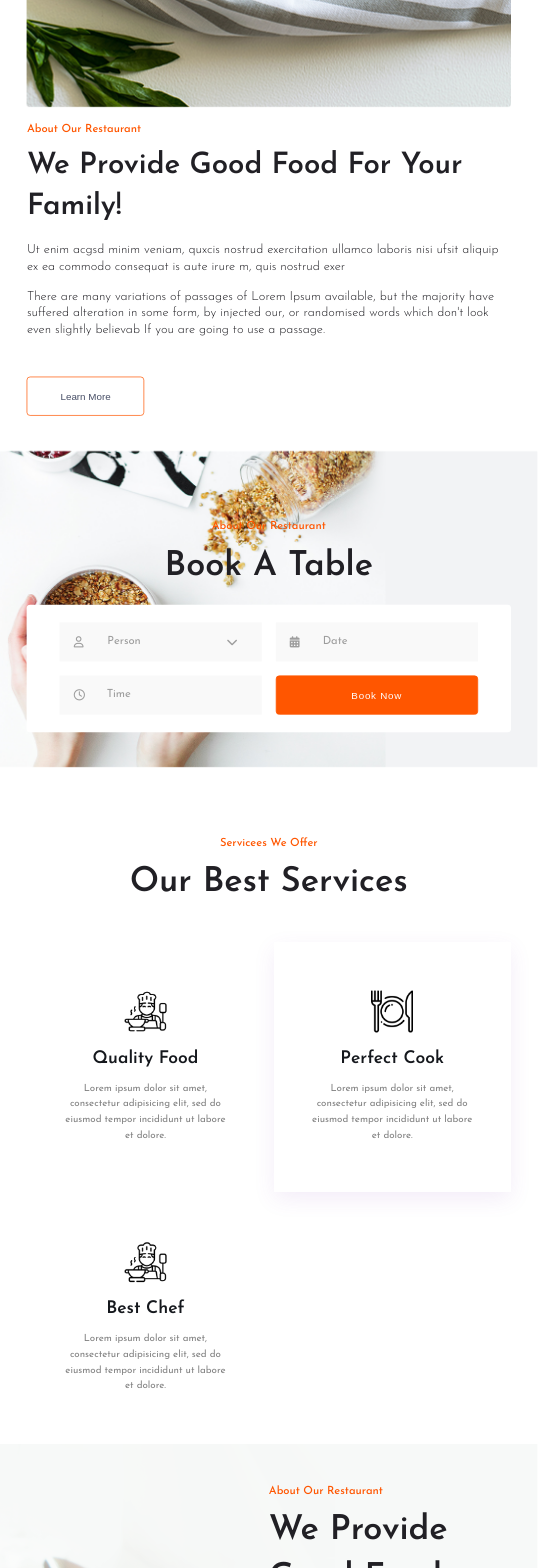
Repository: Ebtehal18/food
Page: index.html
The author's editor kept a copy of each file at every save. The page is drawn from the files as they stood at one save, then again after the next save.
The browser window is 768 px wide. The pictures show the part of the page from y = 4260 to 6500 px (the page is 10000 px tall), at 70% of full size.

Above is the page before, as saved 2024-01-19 18:50:37.

After the next save:
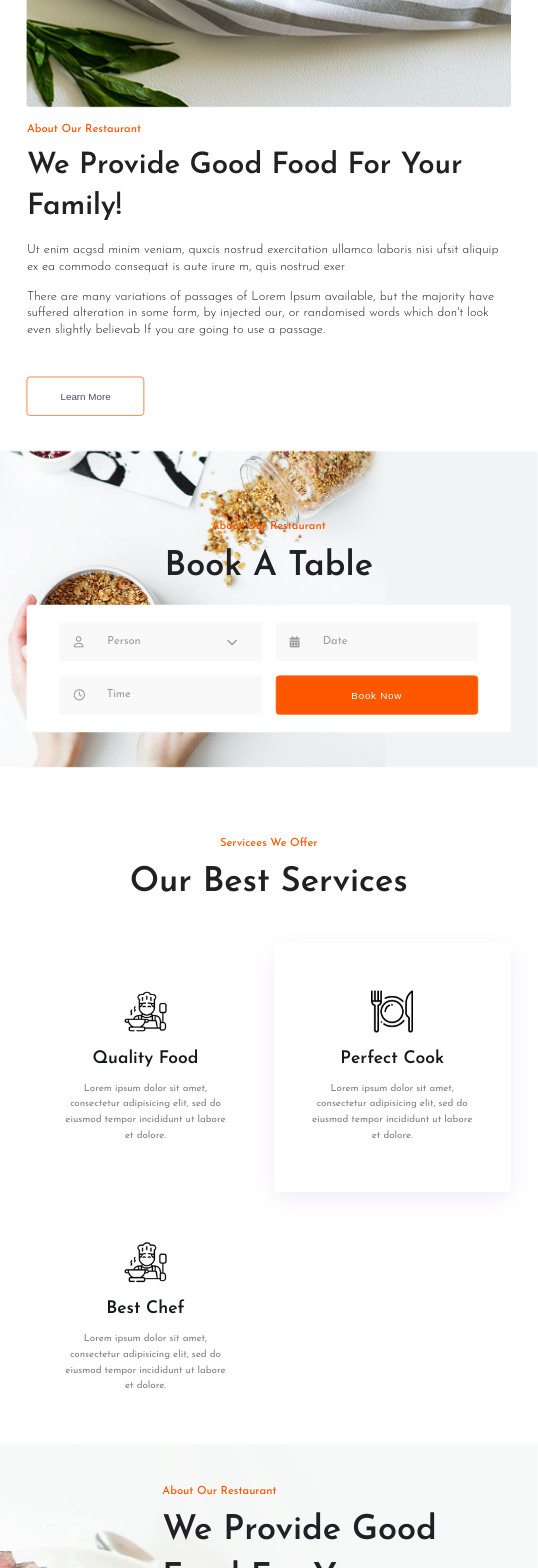
Saved 79 s later.
--- a/asessets/css/style.css
+++ b/asessets/css/style.css
@@ -982,6 +982,9 @@ p {
     padding: 60px 0;
     background-position: bottom;
   }
+  .contact .contact-sec .contcat-content {
+    width: 72%;
+  }
 }
 @media (max-width: 767px) {
   .contact .contact-sec {
